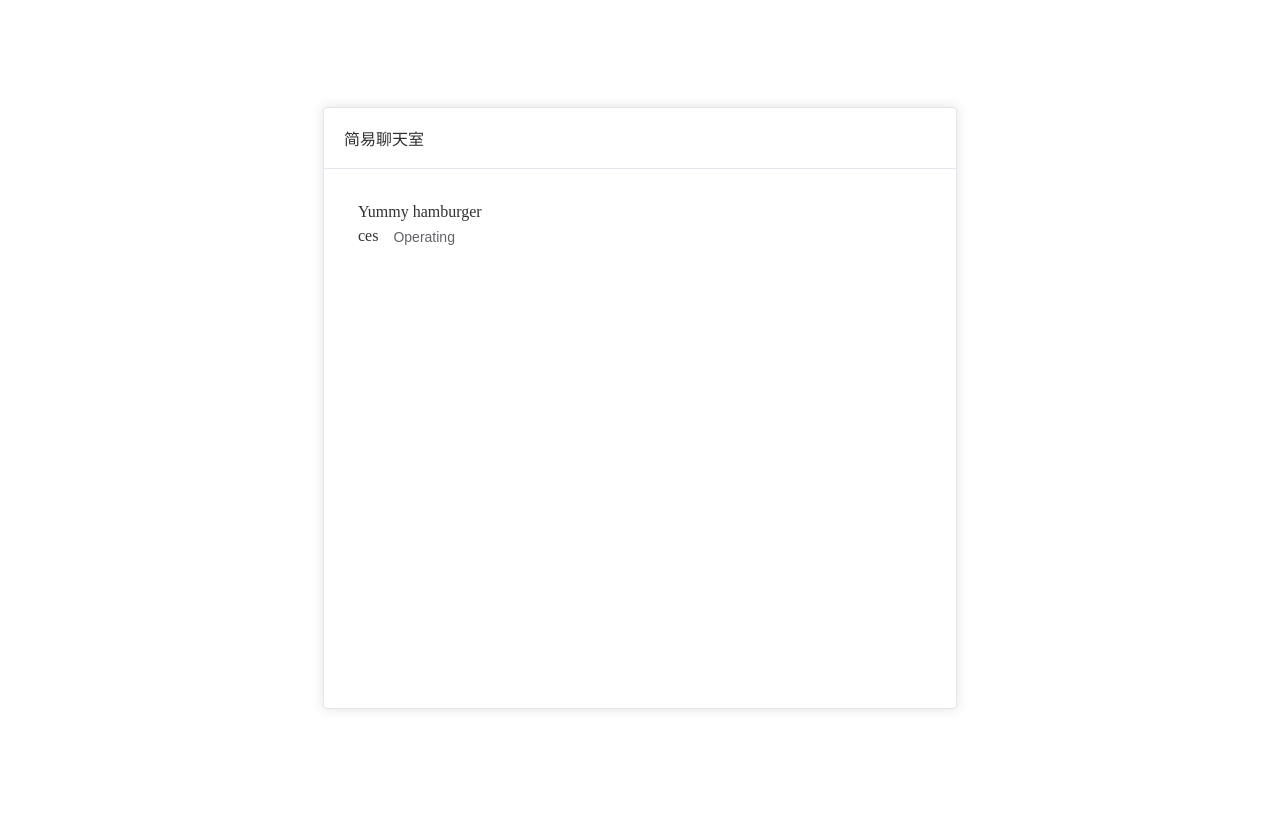
Repository: qs991/Elephant
Page: / (app in WebSocketApI/Web/websocketroom/)
An editor plug-in stored every save of this project. The page is shown before and after the next save, followed by the edit.
The browser window is 1280 px wide. The pictures show the whole page.
The project was rebuilt for these pictures with package versions that can differ from the ones it lists, and the page was loaded fresh each time. Also part of the build but not shown: WebSocketApI/Web/websocketroom/vite.config.js.

Above is the page before, as saved 2023-08-25 14:05:10.

### WebSocketApI/Web/websocketroom/src/App.vue
<template>
  <div class="mainDiv">
    <el-card class="box-card">
      <template #header>
        <div class="card-header">
          <span>简易聊天室</span>
        </div>
      </template>

      <div style="padding: 14px">
        <span>Yummy hamburger</span>
        <div class="bottom">
          <time class="time">ces</time>
          <el-button text class="button">Operating</el-button>
        </div>
      </div>
    </el-card>
  </div>
</template>
<script setup>
</script>
<style>
.text {
  font-size: 14px;
}

.item {
  margin-bottom: 18px;
}

.box-card {
  width: 50%;
  height: 600px;
}
.mainDiv {
  width: 100%;
  height: 800px;
  display: flex;
  align-items: center;
  justify-content: center;
}
</style>

Loaded but not shown: WebSocketApI/Web/websocketroom/index.html (common file); WebSocketApI/Web/websocketroom/src/main.js (common file)

After the next save:
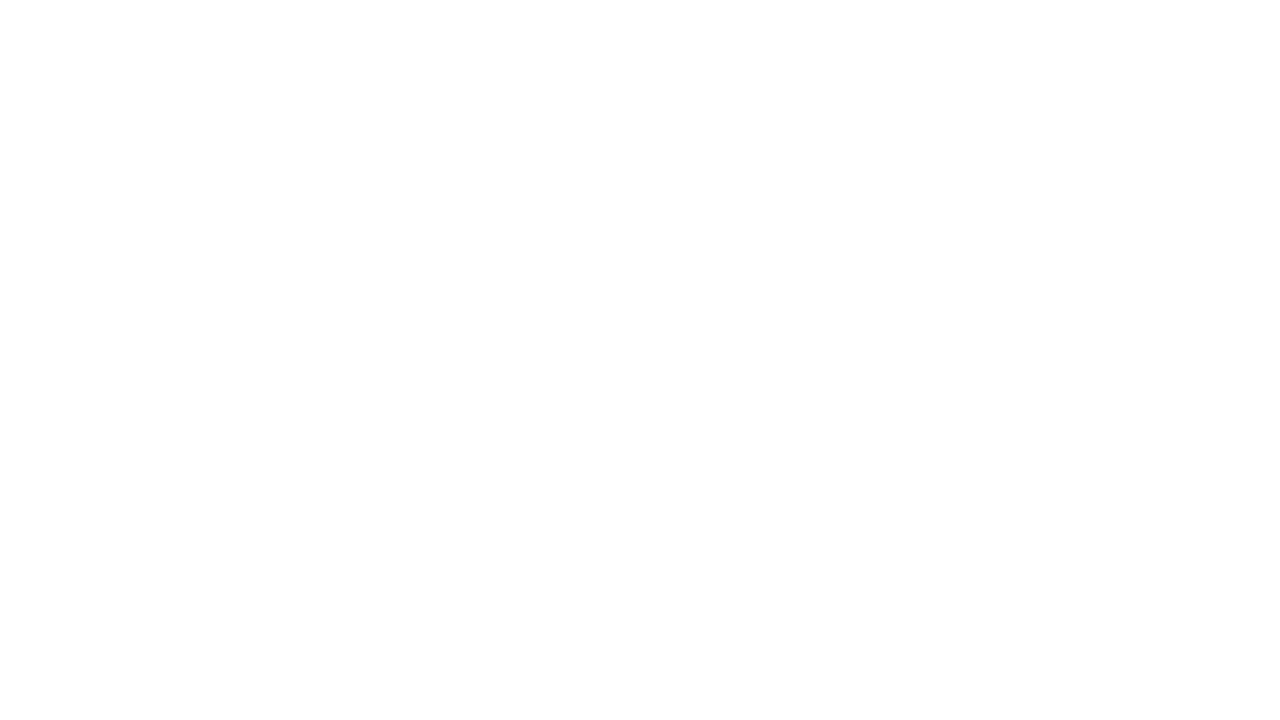
Console error: TypeError: Cannot read properties of undefined (reading 'desc')
Saved 20 s later.
--- a/WebSocketApI/Web/websocketroom/src/App.vue
+++ b/WebSocketApI/Web/websocketroom/src/App.vue
@@ -6,7 +6,7 @@
           <span>简易聊天室</span>
         </div>
       </template>
-
+      <el-input v-model="form.desc" type="textarea" />
       <div style="padding: 14px">
         <span>Yummy hamburger</span>
         <div class="bottom">

After the save that followed:
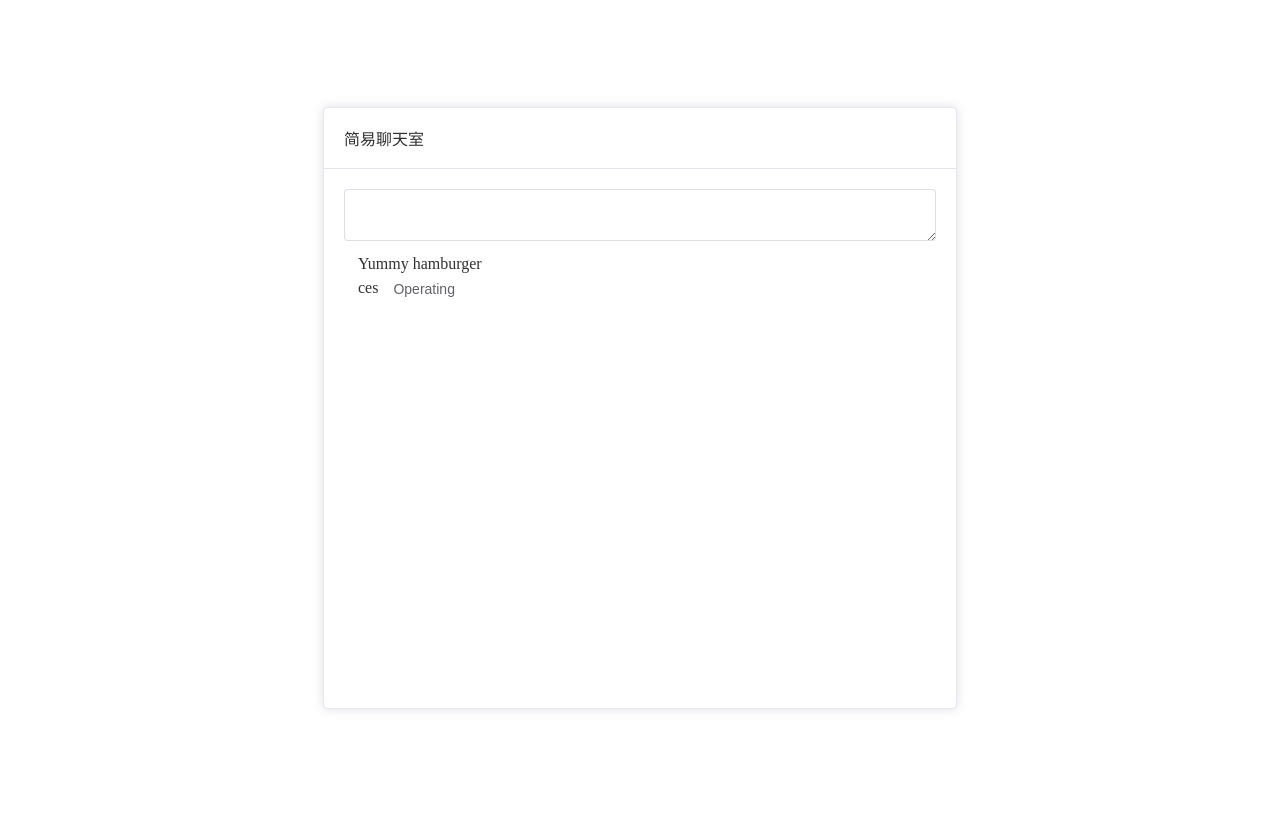
The error is gone.
Saved 15 s later.
--- a/WebSocketApI/Web/websocketroom/src/App.vue
+++ b/WebSocketApI/Web/websocketroom/src/App.vue
@@ -6,7 +6,7 @@
           <span>简易聊天室</span>
         </div>
       </template>
-      <el-input v-model="form.desc" type="textarea" />
+      <el-input type="textarea" />
       <div style="padding: 14px">
         <span>Yummy hamburger</span>
         <div class="bottom">
